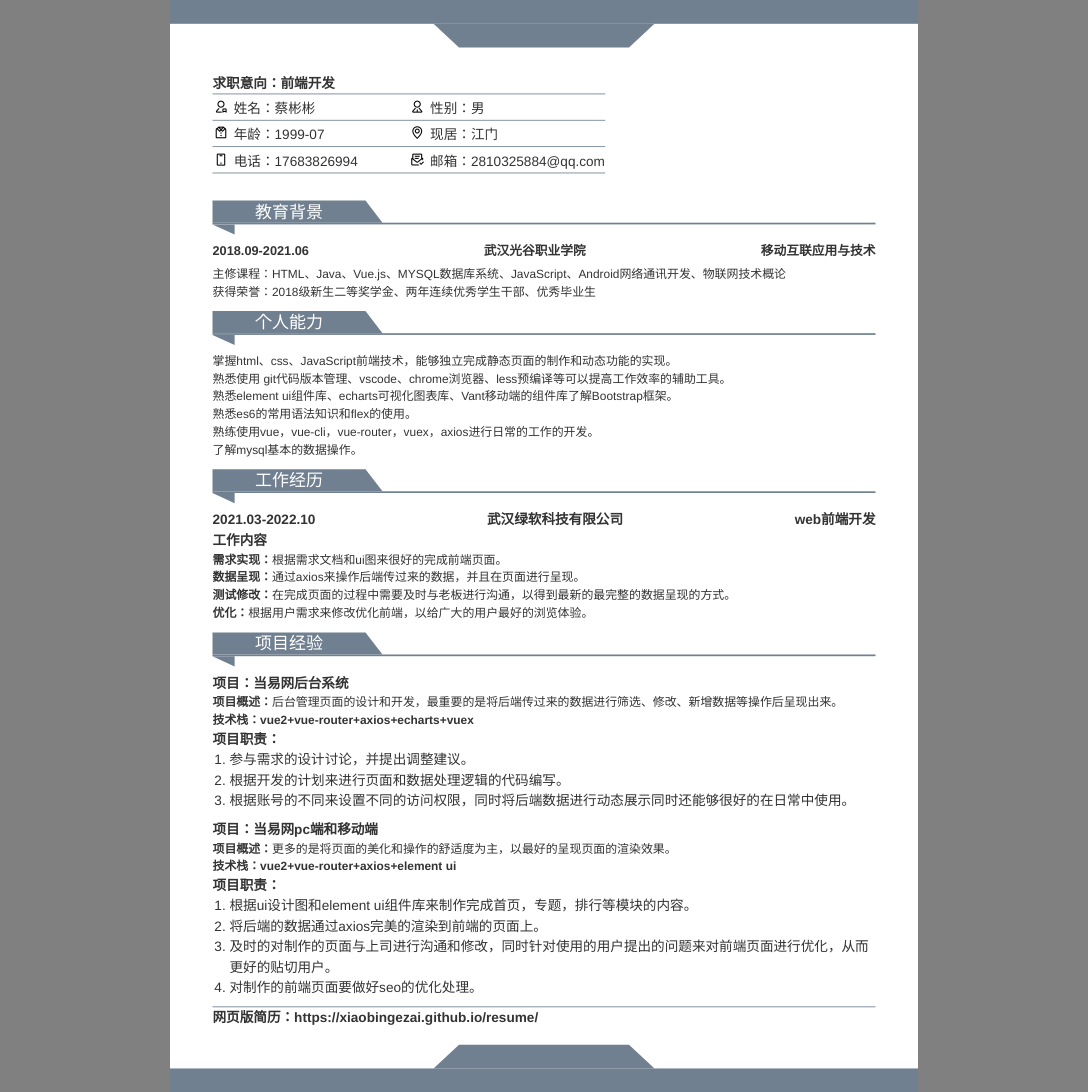
Repository: xiaobingezai/resume
Page: index.html
The author's editor kept a copy of each file at every save. The page is drawn from the files as they stood at one save, then again after the next save.
The browser window is 1280 px wide. The pictures show the whole page, at 85% of full size.

Above is the page before, as saved 2022-11-03 01:41:51.
Console error: TypeError: Cannot set properties of null (setting 'innerHTML')

After the next save:
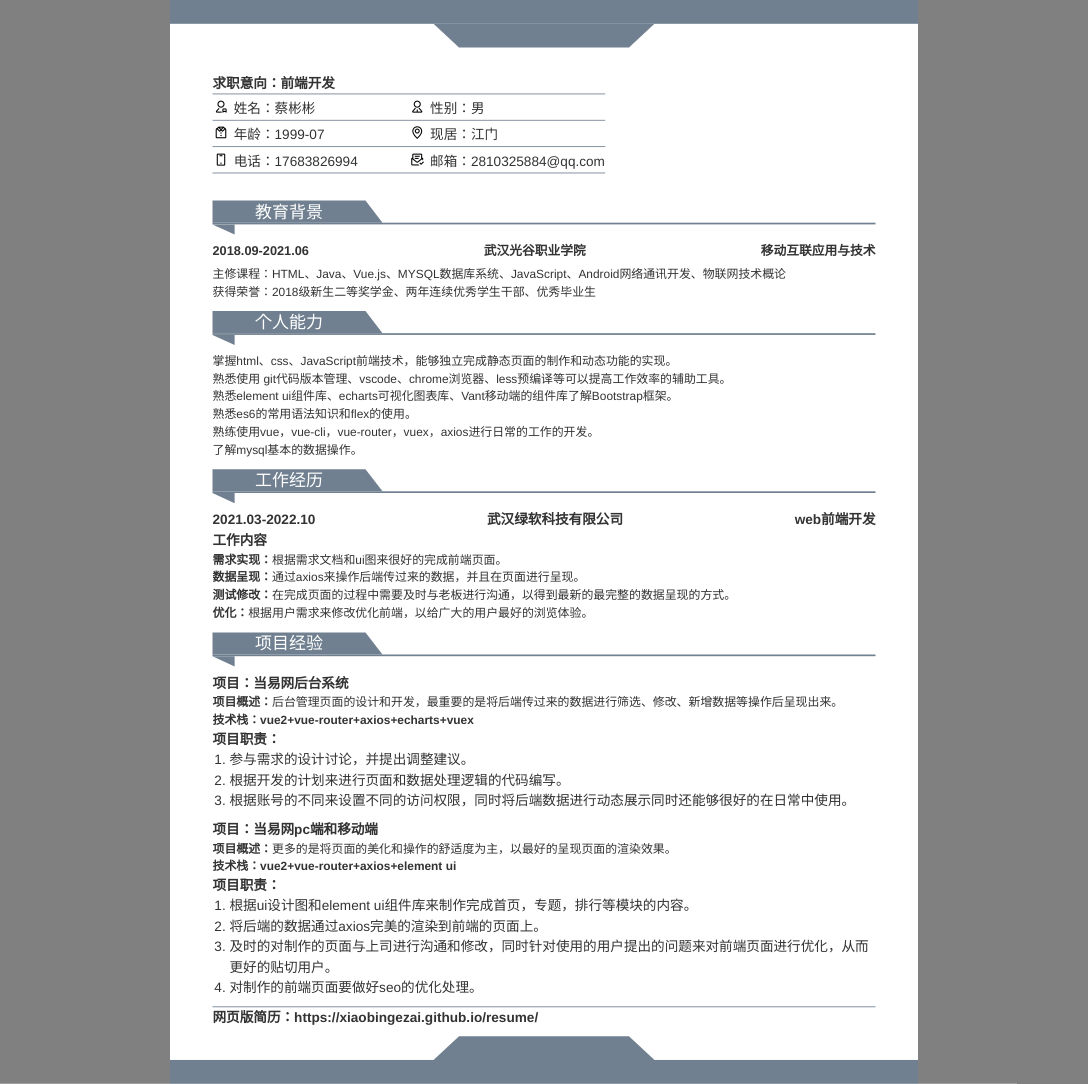
Saved 7 s later.
--- a/css/index.css
+++ b/css/index.css
@@ -223,5 +223,5 @@ body{
     width: 780px;
     border-top: 1px solid #708090;
     margin-top: 10px;
-    margin-bottom: 20px;
-}
+    margin-bottom: 10px;
+}
